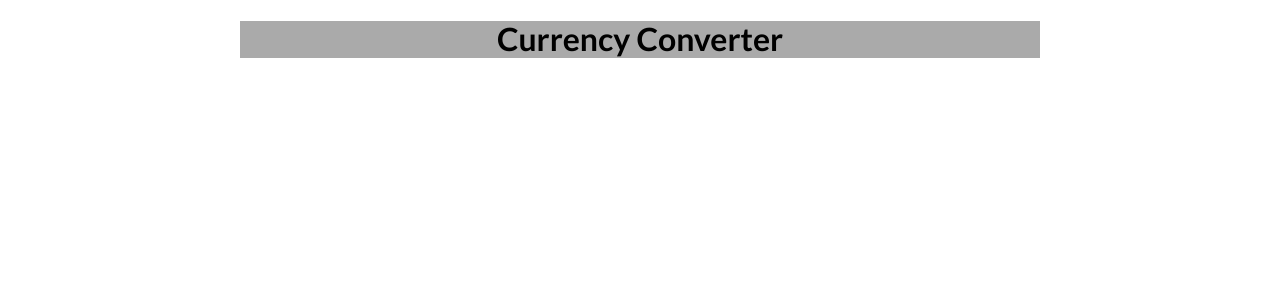
Repository: kkasperczyk/currency-converter
Page: index.html
An editor plug-in stored every save of this project. The page is shown before and after the next save, followed by the edit.
The browser window is 1280 px wide. The pictures show the whole page.

Above is the page before, as saved 2020-06-15 21:53:23.

### index.html
<!DOCTYPE html>
<html lang="en">

<head>
    <meta charset="UTF-8">
    <meta name="viewport" content="width=device-width, initial-scale=1.0">
    <link rel="stylesheet" href="https://cdnjs.cloudflare.com/ajax/libs/normalize/8.0.1/normalize.min.css"
        integrity="sha256-l85OmPOjvil/SOvVt3HnSSjzF1TUMyT9eV0c2BzEGzU=" crossorigin="anonymous" />
    <link rel="stylesheet" href="css/global.css">
    <link rel="stylesheet" href="css/container.css">
    <link rel="stylesheet" href="css/header.css">
    <script defer src="js/script.js"></script>
    <link href="https://fonts.googleapis.com/css2?family=Lato:ital,wght@0,400;0,700;1,400&display=swap" rel="stylesheet">
    <title>Currency Converter</title>
</head>

<body>
    <div class="container">
        <header class="header">
            <h1 class="header__title">Currency Converter</h1>
        </header>
    </div>
</body>

</html>

### css/global.css
html {
  box-sizing: border-box;
}

*,
::after,
::before {
  box-sizing: inherit;
}

body {
  font-family: "Lato", sans-serif;
}

### css/container.css
.container {
    max-width: 800px;
    margin: 0 auto;
    background-color: #aaa;
}

### css/header.css
.header {
    text-align: center;
}

### js/script.js
console.log("Hi all developers! Nice to see you here.");

After the next save:
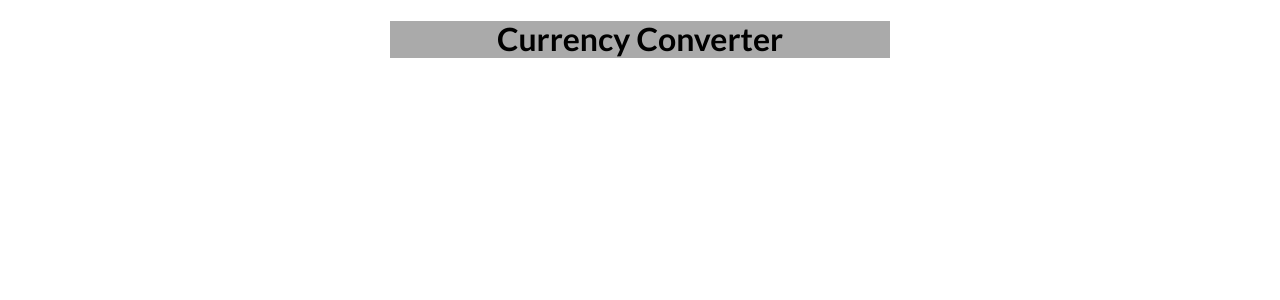
Saved 20 s later.
--- a/css/container.css
+++ b/css/container.css
@@ -1,5 +1,5 @@
 .container {
-    max-width: 800px;
+    max-width: 500px;
     margin: 0 auto;
     background-color: #aaa;
 }
